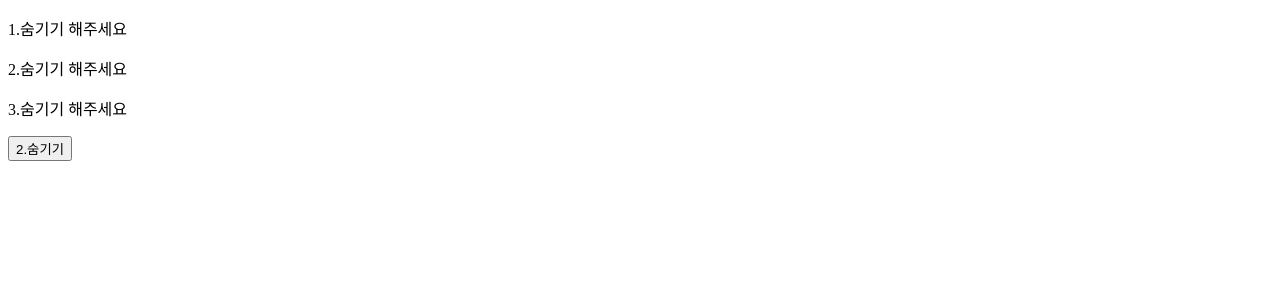
Repository: yoojisoo/YONSAI
Page: http://localhost/teatJava/html/test02.jsp
These files come from the project's save history. The page is drawn as it stood at one moment and after the next save; the edit follows.
The browser window is 1280 px wide. The pictures show the whole page.
The page is served by Tomcat 9.

Above is the page before, as saved 2021-08-20 03:19:55.

### jsworkspace/teatJava/src/main/webapp/html/test02.jsp
<%@ page language="java" contentType="text/html; charset=UTF-8"
    pageEncoding="UTF-8"%>
<!DOCTYPE html>
<html>
<head>
<meta charset="UTF-8">
<title>test02</title>

<script src="../js/jquery-3.6.0.js"></script> <!--제이쿼리라이브러리-->
<script>
	$(document).ready(function(){ //문서준비 이벤트 코드
		//$("p").hide();
		//$("#t1").hide();
		//$(".c1").hide();
		$("button").click(function(){
			$("#t1").hide();
		});
	});


</script>
</head>
<body>
	<p>1.숨기기 해주세요</p>
	<p id="t1">2.숨기기 해주세요</p>
	<p class="c1">3.숨기기 해주세요</p>
	<button>2.숨기기</button>


</body>
</html>

Loaded but not shown: jsworkspace/teatJava/src/main/webapp/js/jquery-3.6.0.js (library)

After the next save:
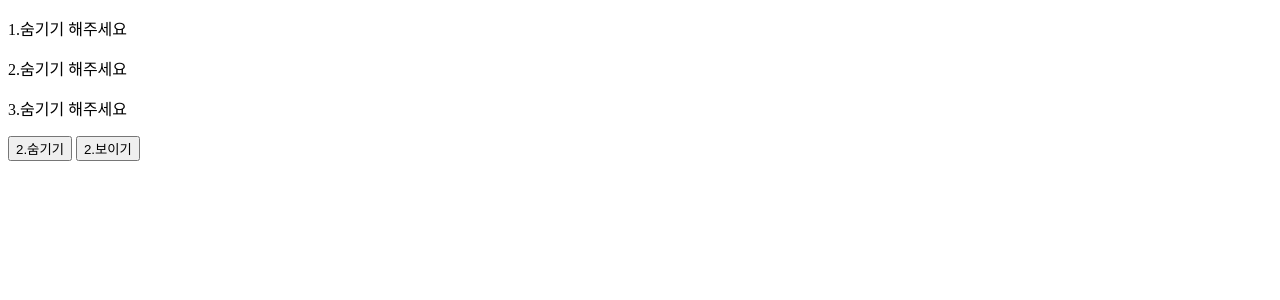
Saved 104 s later.
--- a/jsworkspace/teatJava/src/main/webapp/html/test02.jsp
+++ b/jsworkspace/teatJava/src/main/webapp/html/test02.jsp
@@ -24,7 +24,8 @@
 	<p>1.숨기기 해주세요</p>
 	<p id="t1">2.숨기기 해주세요</p>
 	<p class="c1">3.숨기기 해주세요</p>
-	<button>2.숨기기</button>
+	<button id="h">2.숨기기</button>
+	<button ud="s">2.보이기</button>
 
 
 </body>
